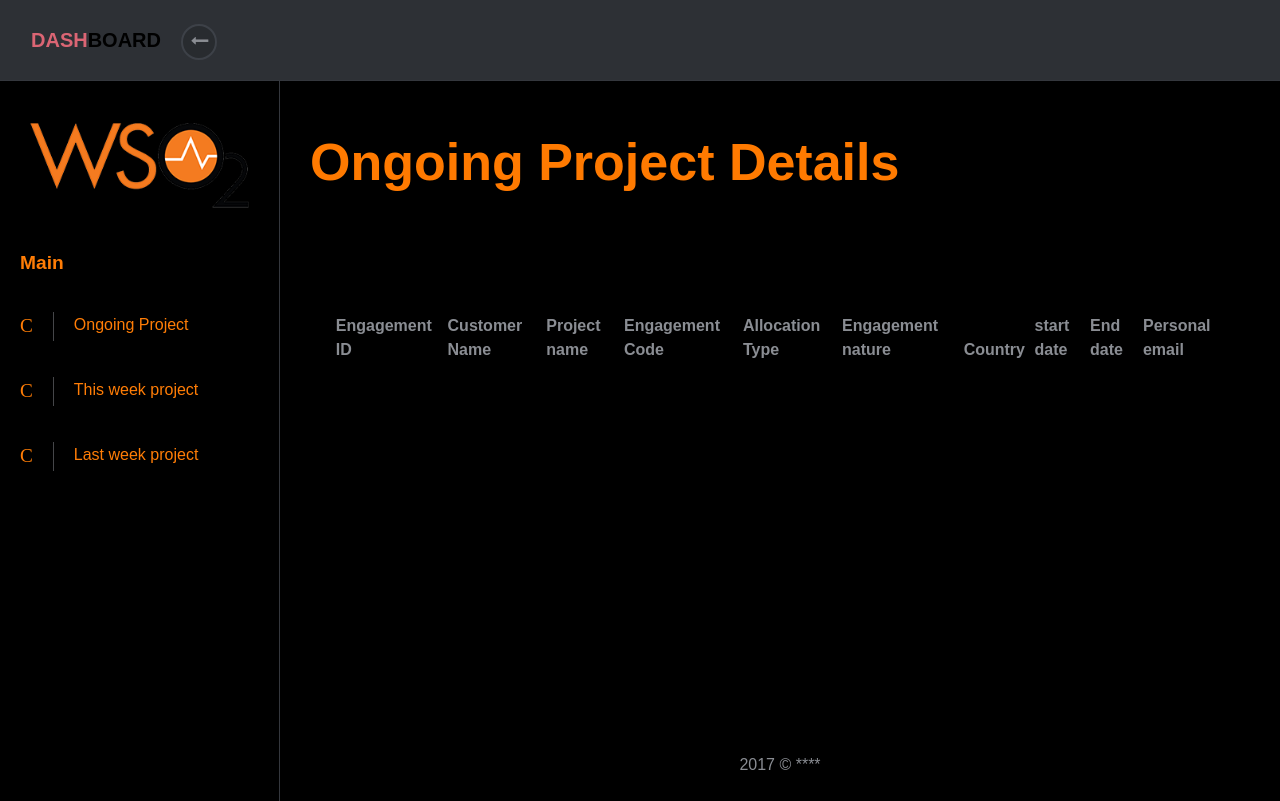
Repository: tharmini/engagement
Page: http://localhost/wproject/WEB-INF/views/engagementListView.jsp
The author's editor kept a copy of each file at every save. The page is drawn from the files as they stood at one save, then again after the next save.
The browser window is 1280 px wide. The pictures show the whole page.
Some web fonts or font styles are not loaded; a fallback is used. Some web libraries are served in a nearby version. The page is served by Tomcat 9. Nobody is signed in. Other server files are loaded and not shown. The template is opened directly, without the code that normally fills it, so the values that code supplies are empty.

Above is the page before, as saved 2018-01-05 09:43:43.

### project (5)/wproject/WebContent/WEB-INF/views/engagementListView.jsp
<%@ page language="java" contentType="text/html; charset=UTF-8"
 pageEncoding="UTF-8"%>
<%@ taglib uri="http://java.sun.com/jsp/jstl/core" prefix="c" %>
<!DOCTYPE html>
<html>
  <head>
    <meta charset="utf-8">
    <meta http-equiv="X-UA-Compatible" content="IE=edge">
    <title></title>
    <meta name="description" content="">
    <meta name="viewport" content="width=device-width, initial-scale=1">
    <meta name="robots" content="all,follow">
    <!-- Bootstrap CSS-->
    <link rel="stylesheet" href="vendor/bootstrap/css/bootstrap.min.css">
    <!-- Font Awesome CSS-->
    <link rel="stylesheet" href="vendor/font-awesome/css/font-awesome.min.css">
    <!-- Custom Font Icons CSS-->
    <link rel="stylesheet" href="css/font.css">
    <!-- Google fonts - Muli-->
    <link rel="stylesheet" href="https://fonts.googleapis.com/css?family=Muli:300,400,700">
    <!-- theme stylesheet-->
    <link rel="stylesheet" href="css/style.default.css" id="theme-stylesheet">
    <!-- Custom stylesheet - for your changes-->
    <link rel="stylesheet" href="css/custom.css">
    <!-- Favicon-->
    <link rel="shortcut icon" href="WebContent/WEB-INF/views/dark-admin/img/WSO2_Software_Logo.png">
    <!-- Tweaks for older IEs--><!--[if lt IE 9]>
        <script src="https://oss.maxcdn.com/html5shiv/3.7.3/html5shiv.min.js"></script>
        <script src="https://oss.maxcdn.com/respond/1.4.2/respond.min.js"></script><![endif]-->
  </head>
  <body>
    <header class="header">
      <nav class="navbar navbar-expand-lg">


        <div class="container-fluid d-flex align-items-center justify-content-between">
          <div class="navbar-header"><a href="index.html" class="navbar-brand">
              <div class="brand-text brand-big visible text-uppercase"><strong class="text-primary">DASH</strong><strong>BOARD</strong></div>
              <div class="brand-text brand-sm"><strong class="text-primary">D</strong><strong>B</strong></div></a>
            <button class="sidebar-toggle"><i class="fa fa-long-arrow-left"></i></button>
          </div>


        </div>
      </nav>
    </header>

    <div class="d-flex align-items-stretch">
      <!-- Sidebar Navigation-->
      <nav id="sidebar">
        <div class="sidebar-header d-flex align-items-center">
          <div><img src="img/WSO2_Software_Logo.png" alt="..." class="img-fluid"></div>


        </div>

		<span class="heading">Main</span>
        <ul class="list-unstyled">
                <li><a href="${pageContext.request.contextPath}/engagementList"> <i class="icon-page"></i>Ongoing Project </a></li>
                <li><a href="${pageContext.request.contextPath}/Thisweekproject"> <i class="icon-page"></i>This week project </a></li>
                <li><a href="${pageContext.request.contextPath}/Lastweekproject"> <i class="icon-page"></i>Last week project </a></li>



      </nav>
      <div class="page-content">


        <div class="page-header">
          <div class="container-fluid">
		  <h2 class="h5 no-margin-bottom">

           Ongoing Project Details</h2>
          </div>
        </div>
                <section class="no-padding-top">
          <div class="container-fluid">
            <div class="row">

              <div class="col-lg-12">
			  <p style="color: orange;">${errorString}</p>
                <div class="block  table-responsive">

                  <table class="table table-striped table-sm">
                    <thead>
                      <tr>
          <th>Engagement ID</th>
          <th>Customer Name</th>
          <th>Project name</th>
          <th>Engagement Code</th>
          <th>Allocation Type</th>
          <th>Engagement nature</th>
          <th>Country</th>
          <th>start date</th>
          <th>End date</th>
          <th>Personal email</th>


       </tr>

       <c:forEach items="${engagementList1}" var="engagement" >
          <tr>
             <td>${engagement.getId()}</td>
             <td>${engagement.getCustomer_name()}</td>
             <td>${engagement.getProject_name()}</td>
             <td>${engagement.getEngagement_code()}</td>
             <td>${engagement.getAllocation_type2()}</td>
             <td>${engagement.getEngagement_nature()}</td>
             <td>${engagement.getCountry()}</td>
             <td>${engagement.getStart_date()}</td>
             <td>${engagement.getEnd_date()}</td>
             <td>${engagement.person_email()}</td>

          </tr>
				   </c:forEach>
                    </tbody>
                  </table>
                </div>
              </div>
            </div>
          </div>
        </section>
        <footer class="footer">
          <div class="footer__block block no-margin-bottom">
            <div class="container-fluid text-center">
              <!-- Please do not remove the backlink to us unless you support us at https://bootstrapious.com/donate. It is part of the license conditions. Thank you for understanding :)-->
              <p class="no-margin-bottom">2017 &copy; **** </p>
            </div>
          </div>
        </footer>
      </div>
    </div>
    <!-- Javascript files-->
    <script src="https://code.jquery.com/jquery-3.2.1.min.js"></script>
    <script src="https://cdnjs.cloudflare.com/ajax/libs/popper.js/1.11.0/umd/popper.min.js"> </script>
    <script src="vendor/bootstrap/js/bootstrap.min.js"></script>
    <script src="vendor/jquery.cookie/jquery.cookie.js"> </script>
    <script src="vendor/chart.js/Chart.min.js"></script>
    <script src="js/charts-home.js"></script>
    <script src="js/front.js"></script>
  </body>
</html>

### project (5)/wproject/WebContent/css/font.css
@charset "UTF-8";

@font-face {
  font-family: "dark-dashboard";
  src:url("../fonts/dark-dashboard.eot");
  src:url("../fonts/dark-dashboard.eot?#iefix") format("embedded-opentype"),
    url("../fonts/dark-dashboard.woff") format("woff"),
    url("../fonts/dark-dashboard.ttf") format("truetype"),
    url("../fonts/dark-dashboard.svg#dark-dashboard") format("svg");
  font-weight: normal;
  font-style: normal;

}

[data-icon]:before {
  font-family: "dark-dashboard" !important;
  content: attr(data-icon);
  font-style: normal !important;
  font-weight: normal !important;
  font-variant: normal !important;
  text-transform: none !important;
  speak: none;
  line-height: 1;
  -webkit-font-smoothing: antialiased;
  -moz-osx-font-smoothing: grayscale;
}

[class^="icon-"]:before,
[class*=" icon-"]:before {
  font-family: "dark-dashboard" !important;
  font-style: normal !important;
  font-weight: normal !important;
  font-variant: normal !important;
  text-transform: none !important;
  speak: none;
  line-height: 1;
  -webkit-font-smoothing: antialiased;
  -moz-osx-font-smoothing: grayscale;
}

.icon-bars:before {
  content: "\61";
}
.icon-cloud:before {
  content: "\62";
}
.icon-computer:before {
  content: "\63";
}
.icon-contract:before {
  content: "\64";
}
.icon-controls:before {
  content: "\65";
}
.icon-dashboard:before {
  content: "\66";
}
.icon-email:before {
  content: "\67";
}
.icon-info:before {
  content: "\69";
}
.icon-layers:before {
  content: "\6a";
}
.icon-light-bulb:before {
  content: "\6b";
}
.icon-paper-and-pencil:before {
  content: "\6c";
}
.icon-pie-chart:before {
  content: "\6d";
}
.icon-pie-chart-1:before {
  content: "\6e";
}
.icon-presentation:before {
  content: "\6f";
}
.icon-settings:before {
  content: "\70";
}
.icon-settings-1:before {
  content: "\71";
}
.icon-three-cells:before {
  content: "\72";
}
.icon-writing-whiteboard:before {
  content: "\73";
}
.icon-magnifying-glass-browser:before {
  content: "\74";
}
.icon-new-file:before {
  content: "\75";
}
.icon-close:before {
  content: "\76";
}
.icon-flask:before {
  content: "\77";
}
.icon-grid:before {
  content: "\78";
}
.icon-picture:before {
  content: "\79";
}
.icon-website:before {
  content: "\7a";
}
.icon-line-chart:before {
  content: "\41";
}
.icon-log-out:before {
  content: "\42";
}
.icon-page:before {
  content: "\43";
}
.icon-log-out-1:before {
  content: "\44";
}
.icon-bill:before {
  content: "\45";
}
.icon-check:before {
  content: "\46";
}
.icon-list:before {
  content: "\47";
}
.icon-padnote:before {
  content: "\48";
}
.icon-pencil-case:before {
  content: "\49";
}
.icon-user:before {
  content: "\4a";
}
.icon-form-1:before {
  content: "\4b";
}
.icon-list-1:before {
  content: "\4c";
}
.icon-mail:before {
  content: "\4d";
}
.icon-presentation-1:before {
  content: "\4e";
}
.icon-logout:before {
  content: "\4f";
}
.icon-home:before {
  content: "\50";
}
.icon-windows:before {
  content: "\51";
}
.icon-chart:before {
  content: "\52";
}
.icon-repo-forked:before {
  content: "\68";
}
.icon-flow-branch:before {
  content: "\53";
}
.icon-user-outline:before {
  content: "\54";
}
.icon-user-1:before {
  content: "\55";
}

Loaded but not shown: project (5)/wproject/WebContent/css/custom.css (common file); project (5)/wproject/WebContent/js/charts-home.js (650 lines, source omitted); project (5)/wproject/WebContent/js/front.js (116 lines, source omitted); project (5)/wproject/WebContent/css/style.default.css (3181 lines, source omitted)

After the next save:
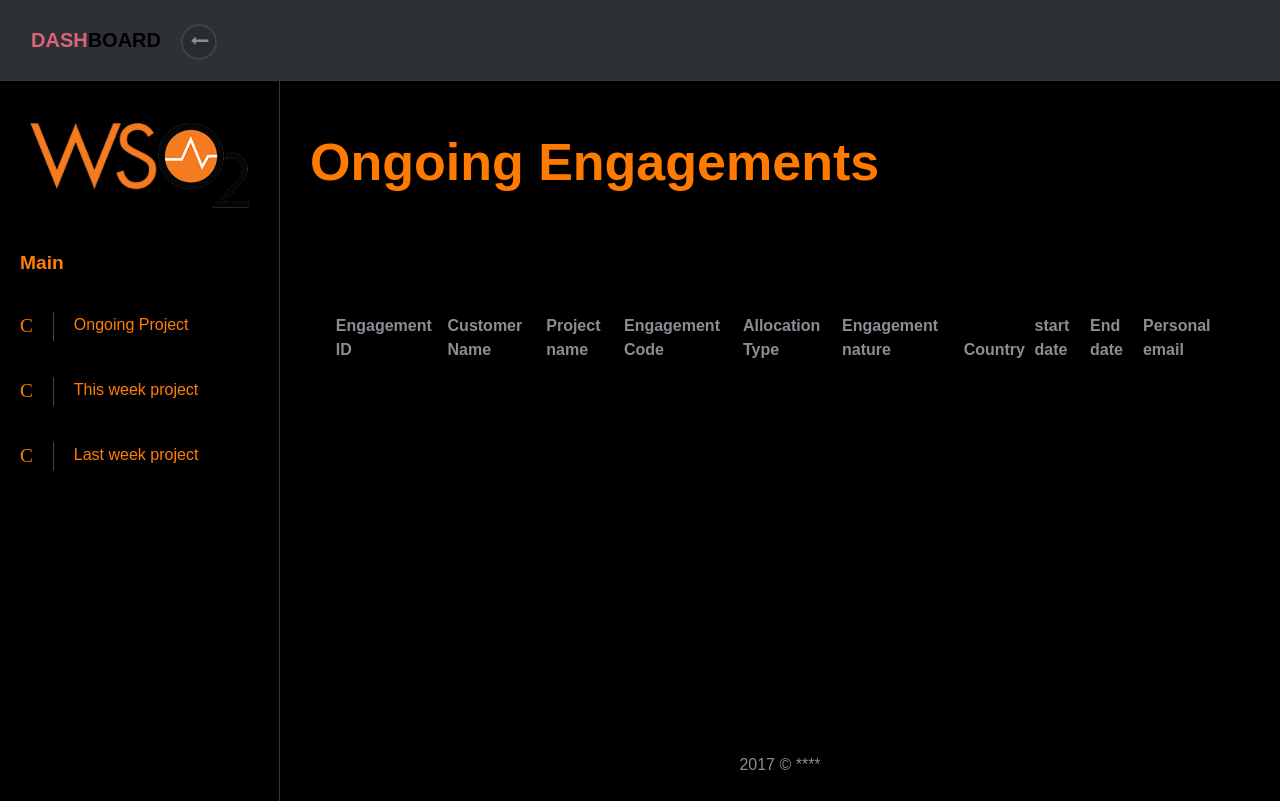
Saved 63 s later.
--- a/project (5)/wproject/WebContent/WEB-INF/views/engagementListView.jsp
+++ b/project (5)/wproject/WebContent/WEB-INF/views/engagementListView.jsp
@@ -70,7 +70,7 @@
           <div class="container-fluid">
 		  <h2 class="h5 no-margin-bottom">
 
-           Ongoing Project Details</h2>
+           Ongoing Engagements </h2>
           </div>
         </div>
                 <section class="no-padding-top">
